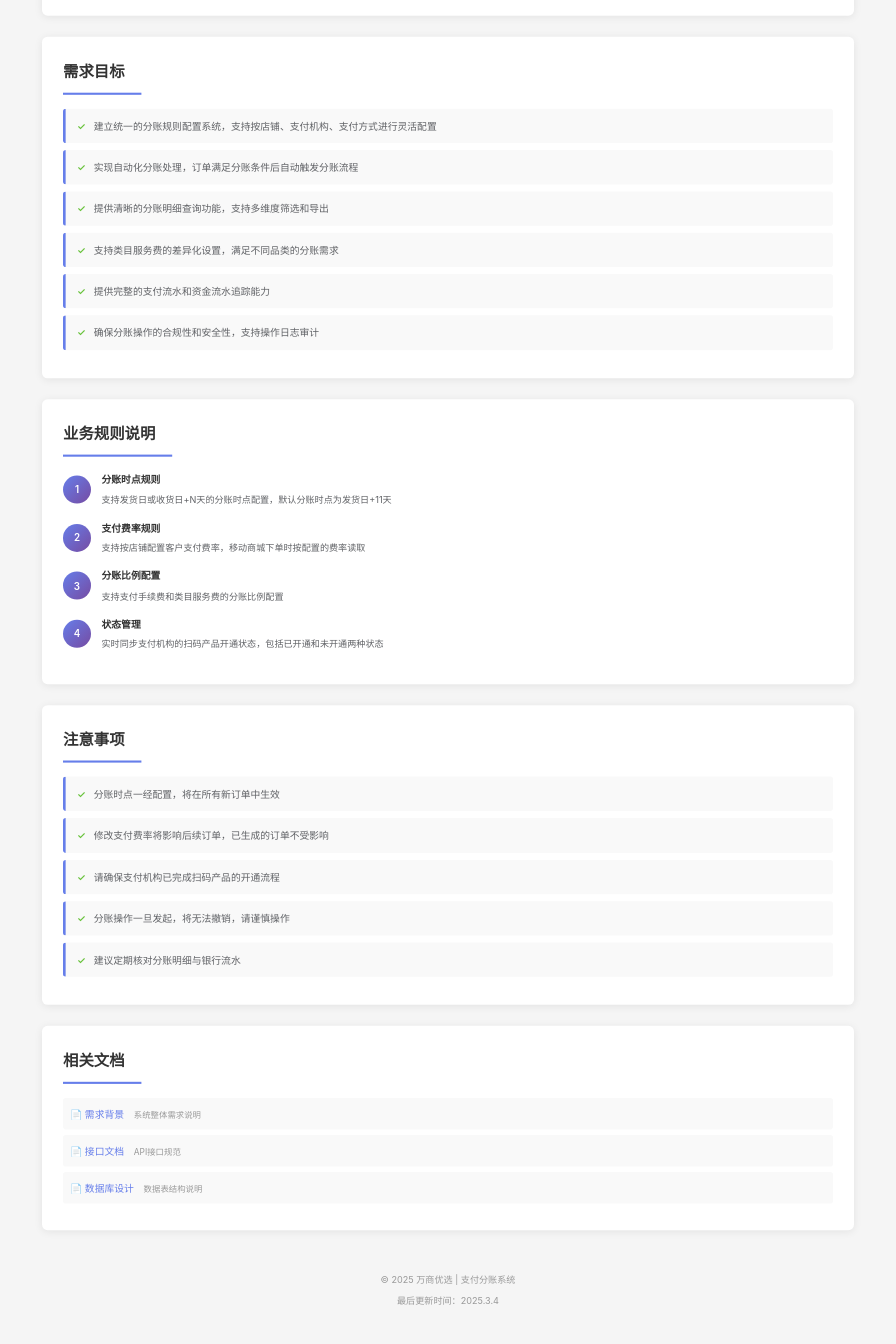
Repository: airopenclaw/mall-demo
Page: 支付分账/需求背景.html
An editor plug-in stored every save of this project. The page is shown before and after the next save, followed by the edit.
The browser window is 1280 px wide. The pictures show the part of the page from y = 1588 to 3508 px (the page is 3508 px tall before and 3074 px after), at 70% of full size.

Above is the page before, as saved 2026-09-14 17:58:24.

After the next save:
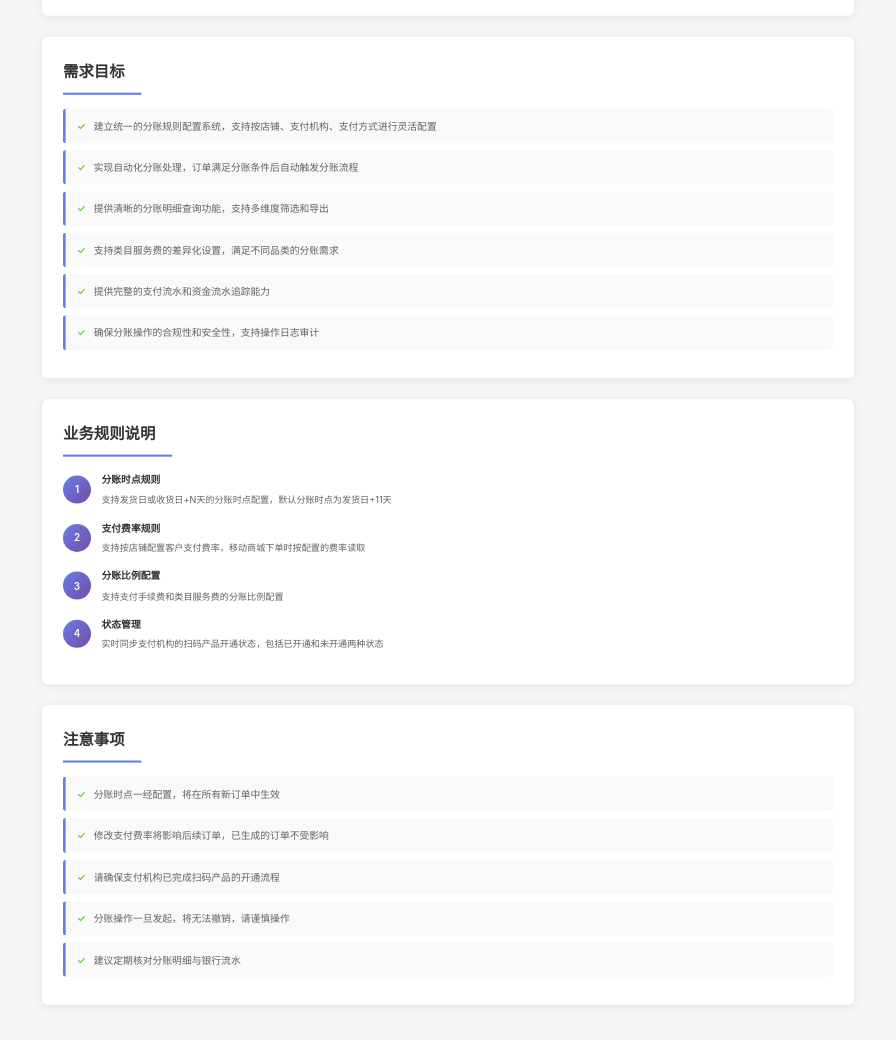
Saved 15 h 39 min later.
--- a/支付分账/需求背景.html
+++ b/支付分账/需求背景.html
@@ -542,85 +542,3 @@
                 </ul>
             </div>
         </div>
-
-        <!-- 相关文档 -->
-        <div class="section-content">
-            <h2 class="section-title">
-                相关文档
-                <a href="#section6" class="anchor-link">#</a>
-            </h2>
-            <div id="section6">
-                <ul style="list-style: none; padding: 0;">
-                    <li style="padding: 10px; margin-bottom: 8px; background: #f9f9f9; border-radius: 4px;">
-                        <a href="需求背景.html" style="color: #667eea; text-decoration: none; font-weight: 500;">📄 需求背景</a>
-                        <span style="color: #999; margin-left: 10px; font-size: 12px;">系统整体需求说明</span>
-                    </li>
-                    <li style="padding: 10px; margin-bottom: 8px; background: #f9f9f9; border-radius: 4px;">
-                        <a href="#" style="color: #667eea; text-decoration: none; font-weight: 500;">📄 接口文档</a>
-                        <span style="color: #999; margin-left: 10px; font-size: 12px;">API接口规范</span>
-                    </li>
-                    <li style="padding: 10px; margin-bottom: 8px; background: #f9f9f9; border-radius: 4px;">
-                        <a href="#" style="color: #667eea; text-decoration: none; font-weight: 500;">📄 数据库设计</a>
-                        <span style="color: #999; margin-left: 10px; font-size: 12px;">数据表结构说明</span>
-                    </li>
-                </ul>
-            </div>
-        </div>
-
-        <!-- 页脚 -->
-        <div style="text-align: center; padding: 30px 0; color: #999; font-size: 13px;">
-            <p>© 2025 万商优选 | 支付分账系统</p>
-            <p style="margin-top: 5px;">最后更新时间：2025.3.4</p>
-        </div>
-    </div>
-
-    <!-- 回到顶部按钮 -->
-    <button class="back-to-top" id="backToTop" onclick="scrollToTop()">↑</button>
-
-    <script>
-        // 回到顶部功能
-        function scrollToTop() {
-            window.scrollTo({
-                top: 0,
-                behavior: 'smooth'
-            });
-        }
-
-        // 监听滚动显示/隐藏回到顶部按钮
-        window.addEventListener('scroll', function() {
-            const backToTopBtn = document.getElementById('backToTop');
-            if (window.pageYOffset > 300) {
-                backToTopBtn.classList.add('show');
-            } else {
-                backToTopBtn.classList.remove('show');
-            }
-        });
-
-        // 平滑滚动到锚点
-        document.querySelectorAll('a[href^="#"]').forEach(anchor => {
-            anchor.addEventListener('click', function (e) {
-                const href = this.getAttribute('href');
-                if (href !== '#') {
-                    e.preventDefault();
-                    const target = document.querySelector(href);
-                    if (target) {
-                        target.scrollIntoView({
-                            behavior: 'smooth',
-                            block: 'start'
-                        });
-                    }
-                }
-            });
-        });
-
-        // 添加页面加载动画
-        window.addEventListener('load', function() {
-            document.body.style.opacity = '0';
-            document.body.style.transition = 'opacity 0.3s ease';
-            setTimeout(() => {
-                document.body.style.opacity = '1';
-            }, 100);
-        });
-    </script>
-</body>
-</html>
